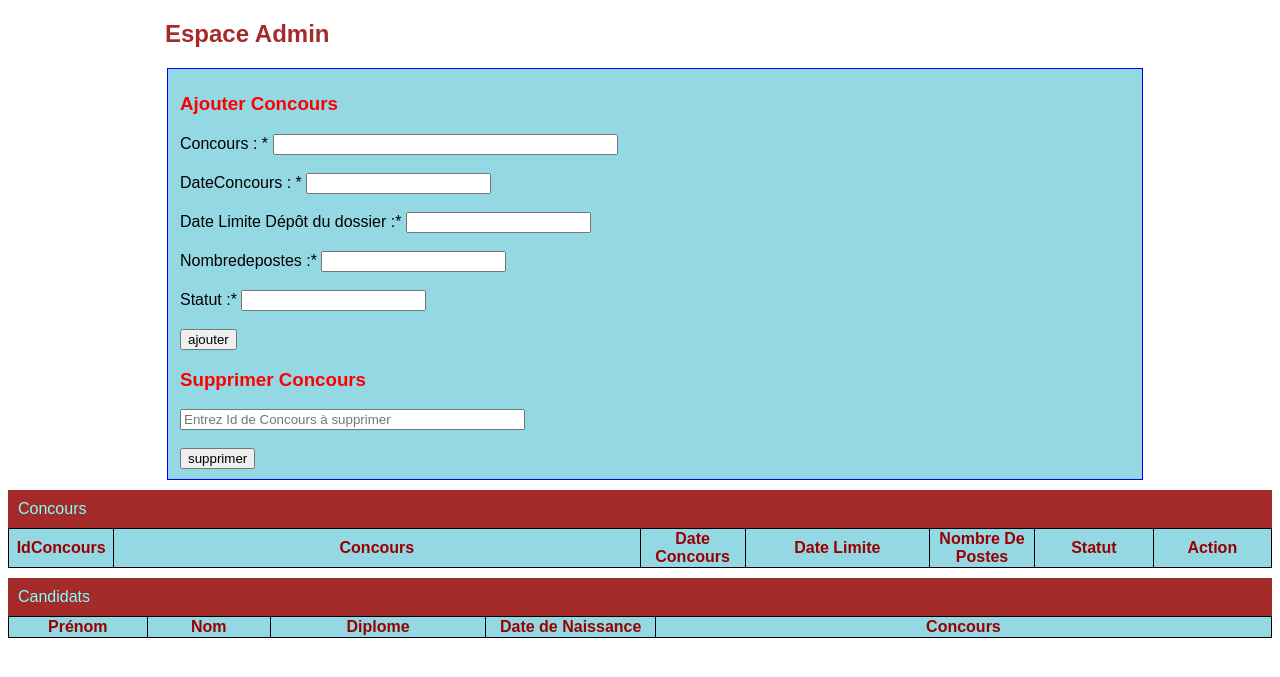
Repository: yahouari/Stage2019
Page: http://localhost/test/Gestion.jsp
An editor plug-in stored every save of this project. The page is shown before and after the next save, followed by the edit.
The browser window is 1280 px wide. The pictures show the whole page.
The page is served by Tomcat 9. Other server files are loaded and not shown. Queries for data that is not in the repository find no rows.

Above is the page before, as saved 2019-07-31 13:58:17.

### test/WebContent/Gestion.jsp
<%@ page pageEncoding="UTF-8" %>
<!DOCTYPE html>
<html>
<head>
		<meta charset="utf-8" />
		<link type="text/css" rel="stylesheet" href="inc/gest.css" />
        <title> Espace Admin</title>
</head>
<body>

        <div>
            <form method="get" action="GestionServlet">
            <h2><font color="brown"> Espace Admin</font></h2>

		<fieldset>
			  <h3> Ajouter Concours</h3>
			  <label for="Concours">Concours : <span class="requis">*</span></label>
              <input type="text" id="Concours" name="Concours" value="" size="40" maxlength="40" />
              <br />
              <br />

              <label for="DateConcours">DateConcours : <span class="requis">*</span></label>
              <input type="text" id="dateConcours" name="dateConcours" value="" size="20" maxlength="20" />
              <br />
              <br />

              <label for="DateLimite">Date Limite Dépôt du dossier :<span class="requis">*</span></label>
              <input type="text" id="DateLimite" name="DateLimite" value="" size="20" maxlength="20" />
              <br />
              <br />

              <label for="nombredepostes">Nombredepostes :<span class="requis">*</span></label>
              <input type="text" id="nombredepostes" name="nombredepostes" value="" size="20" maxlength="20" />
              <br />
              <br />
               <label for="statut">Statut :<span class="requis">*</span></label>
              <input type="text" id="statut" name="statut" value="" size="20" maxlength="20" />
              <br />
              <br />



              <input type="submit" value="ajouter"  />
              </form>
              <form method="get" action="SuppressionServlet">

              <h3> Supprimer Concours</h3>
              <input type="Idg" id="Idg" name="Idg" value="" size="40" maxlength="40" placeholder="Entrez Id de Concours à supprimer" />
              <br />
              <br />
			  <input type="submit" value="supprimer"  />
			  </form>

		</fieldset>

        </div>
         <legend>Concours</legend>

    <div >



              <table >
                    <tbody>
                    <tr bgcolor="#93d8e3" >
                    <th style="width:8%">IdConcours</th>

                    <th style="width:40%">Concours</th>
                    <th style="width:8%">Date Concours</th>
                    <th style="width:14%">Date Limite</th>
		            <th style="width:8%">Nombre De Postes</th>

		            <th style="width:9%">Statut</th>
		          <th style="width:9%">Action</th>


                    </tr>
                    <%@page import="java.sql.Connection"%>
					<%@page import="java.sql.DriverManager"%>
					<%@page import="java.sql.PreparedStatement"%>
					<%@page import="java.sql.ResultSet"%>
                  <%
                try {
                	Class.forName("com.mysql.jdbc.Driver");

                    Connection cn = DriverManager.getConnection("jdbc:mysql://localhost:3306/form","root","");

                    PreparedStatement statement = cn.prepareStatement("SELECT * FROM `gestion` order by idg");
                    ResultSet Rs = statement.executeQuery() ;


                    while (Rs.next()) {
            %>
            <tr class="info">
                <td><%=Rs.getString("idg")%></td>
                <td><%=Rs.getString("concours")%></td>
                <td><%=Rs.getString("dateconcours")%></td>
                <td><%=Rs.getString("datelimite")%></td>
                <td><%=Rs.getString("nombredepostes")%></td>
                <td><%=Rs.getString("Statut")%></td>
                <td name="id"><a href="update.jsp?id=<%=Rs.getString("idg")%>">update</a></td>


            </tr>
            <%
                    }

                } catch (Exception e) {
                    e.printStackTrace();
                }
            %>
        </table>
    </div>

    <legend>Candidats</legend>

    <div >



              <table >
                    <tbody>
                    <tr bgcolor="#93d8e3" >
                    <th style="width:9%">Prénom</th>
                    <th style="width:8%">Nom</th>
                    <th style="width:14%">Diplome</th>
		            <th style="width:11%">Date de Naissance</th>

		            <th style="width:40%">Concours</th>


                    </tr>
                    <%@page import="java.sql.Connection"%>
					<%@page import="java.sql.DriverManager"%>
					<%@page import="java.sql.PreparedStatement"%>
					<%@page import="java.sql.ResultSet"%>
                  <%
                try {
                	Class.forName("com.mysql.jdbc.Driver");

                    Connection cn = DriverManager.getConnection("jdbc:mysql://localhost:3306/form","root","");

                    PreparedStatement statement = cn.prepareStatement("select * from candidat");
                    ResultSet Rs = statement.executeQuery() ;


                    while (Rs.next()) {
            %>
            <tr class="info">
                <td><%=Rs.getString("prenom")%></td>
                <td><%=Rs.getString("nom")%></td>
                <td><%=Rs.getString("diplome")%></td>
                <td><%=Rs.getString("date_naissance")%></td>
                <td><%=Rs.getString("concours")%></td>
            </tr>
            <%
                    }

                } catch (Exception e) {
                    e.printStackTrace();
                }
            %>
        </table>














    </div>





</body>
</html>

### test/WebContent/inc/gest.css
@charset "UTF-8";
html {
  font-family: sans-serif;
}

form {
  width: 950px;
  margin: 0 auto;
}

div {
  margin-bottom: 10px;
}

fieldset {
  background: #93d8e3;
  border: 1px solid blue;
}

legend {
  padding: 10px;
  background: brown;
  color: #80ffff;
}

#otherValue
{
  display: none;
}

#other:checked ~ #otherValue
{
  display: inline-block;
}
table
{
    border-collapse: collapse;
    color: #900;

}
td, th /* Mettre une bordure sur les td ET les th */
{
    border: 1px solid black;
    color: #900;
}
h3
{
	 color: #ff0000
}

After the next save:
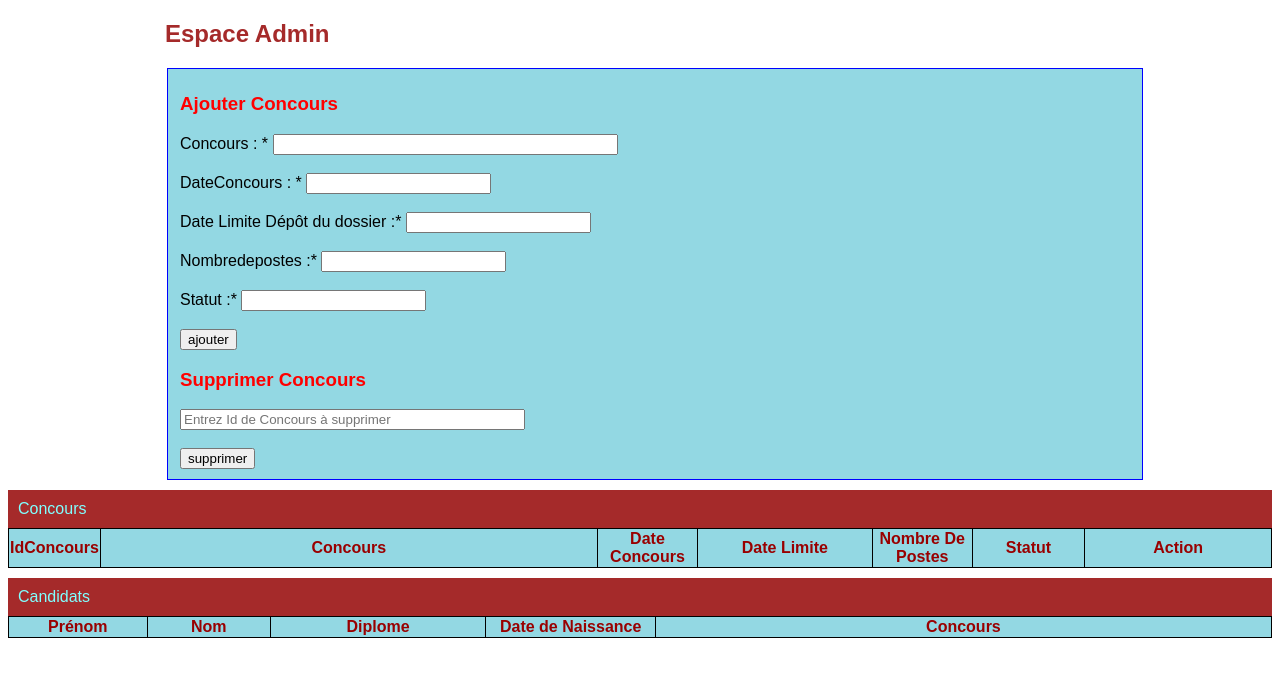
Saved 6 min 13 s later.
--- a/test/WebContent/Gestion.jsp
+++ b/test/WebContent/Gestion.jsp
@@ -63,7 +63,7 @@
               <table >
                     <tbody>
                     <tr bgcolor="#93d8e3" >
-                    <th style="width:8%">IdConcours</th>
+                    <th style="width:6%">IdConcours</th>
 
                     <th style="width:40%">Concours</th>
                     <th style="width:8%">Date Concours</th>
@@ -71,7 +71,7 @@
 		            <th style="width:8%">Nombre De Postes</th>
 
 		            <th style="width:9%">Statut</th>
-		          <th style="width:9%">Action</th>
+		          <th style="width:15%">Action</th>
 
 
                     </tr>
@@ -98,7 +98,7 @@
                 <td><%=Rs.getString("datelimite")%></td>
                 <td><%=Rs.getString("nombredepostes")%></td>
                 <td><%=Rs.getString("Statut")%></td>
-                <td name="id"><a href="update.jsp?id=<%=Rs.getString("idg")%>">update</a></td>
+                <td name="id"><a href="update.jsp?id=<%=Rs.getString("idg")%>">update/Supprimer</a></td>
 
 
             </tr>
